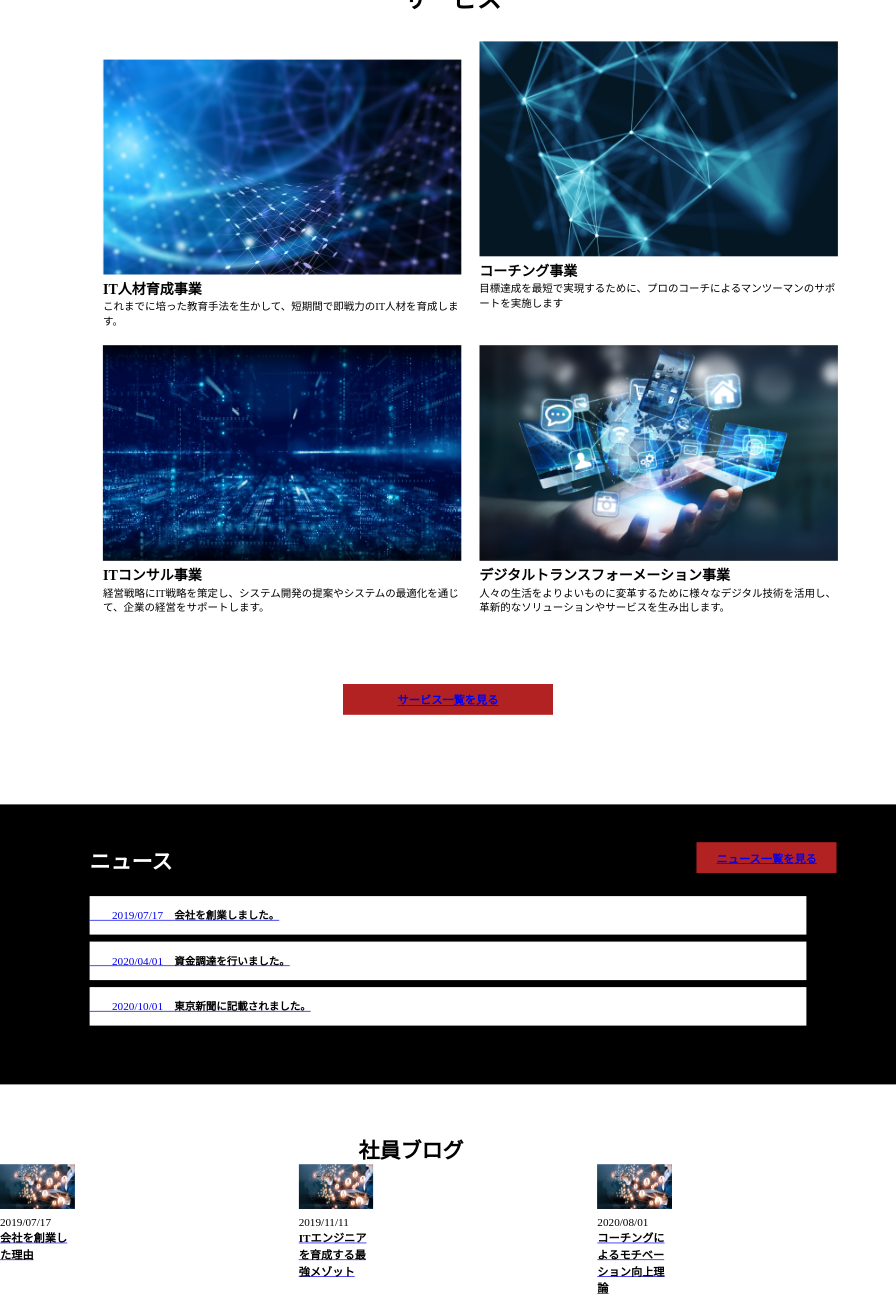
Repository: sigemasaasuka/20211012sigemasa
Page: index.html
The author's editor kept a copy of each file at every save. The page is drawn from the files as they stood at one save, then again after the next save.
The browser window is 1280 px wide. The pictures show the part of the page from y = 863 to 2783 px (the page is 2714 px tall before and 2783 px after), at 70% of full size.

Above is the page before, as saved 2021-10-20 16:40:59.

After the next save:
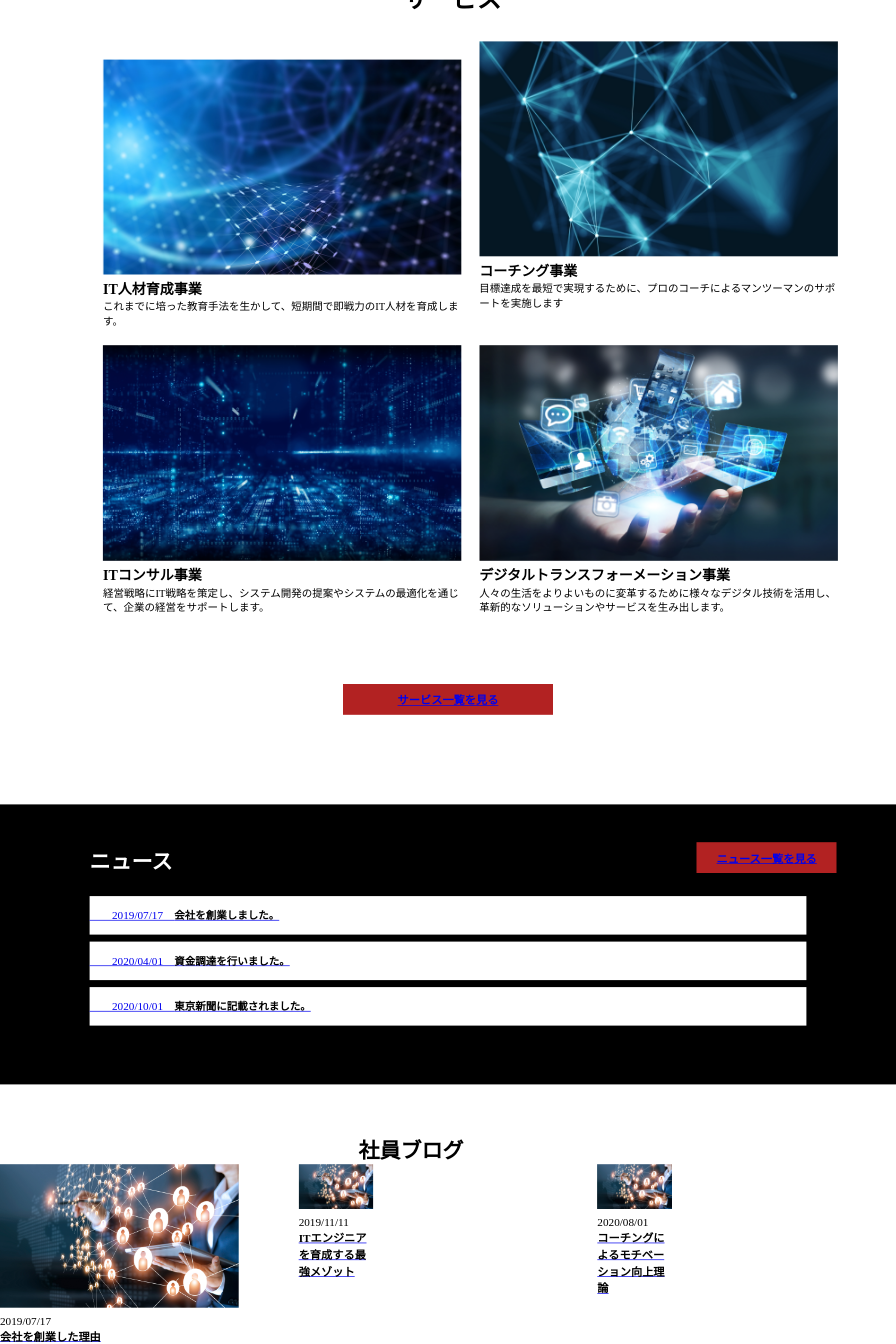
Saved 79 s later.
--- a/css/index.css
+++ b/css/index.css
@@ -276,7 +276,7 @@
 }
 
 .reason-png {
-  width: 25%;
+  width: 80%;
 }
 
 .reason1 {
